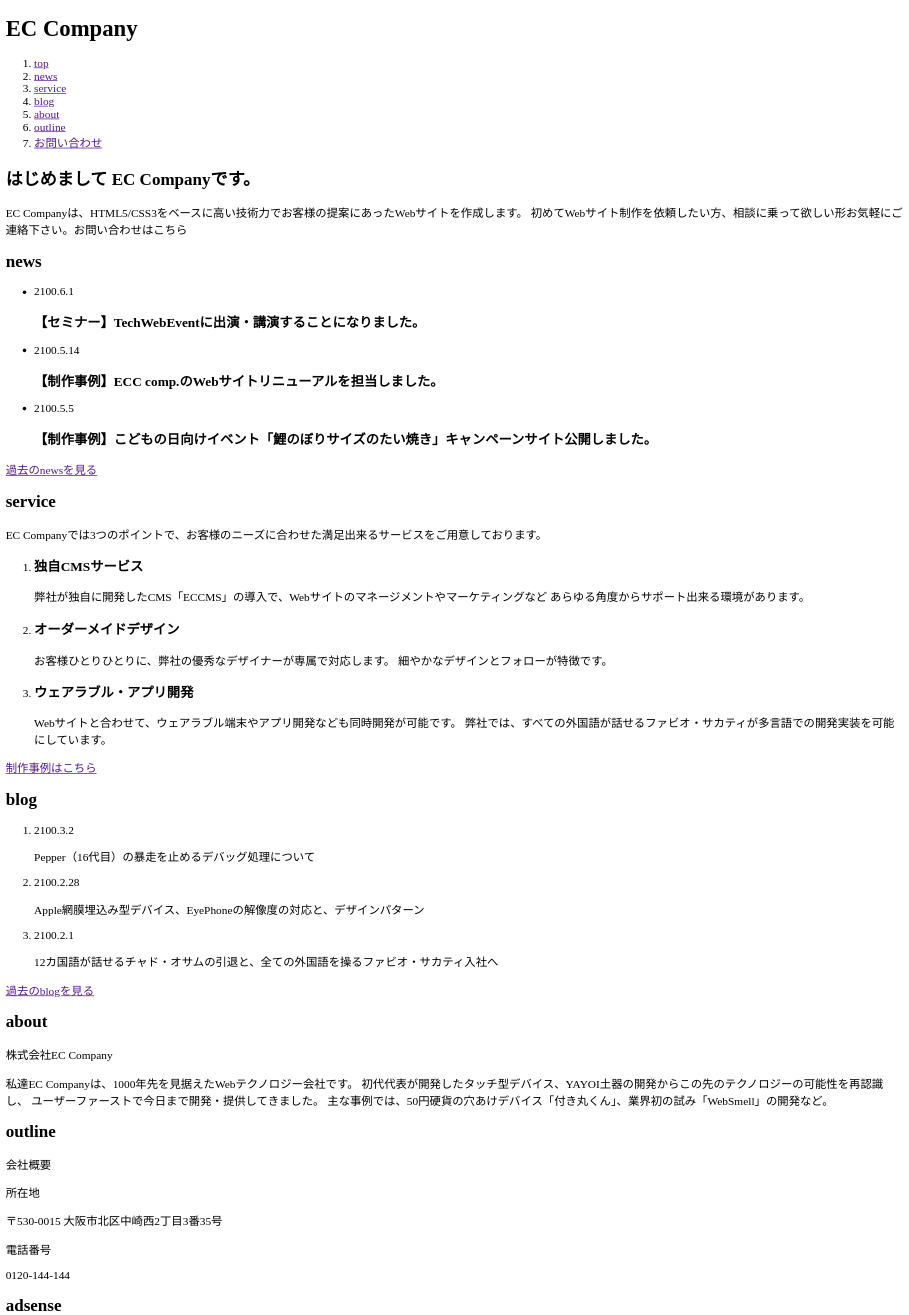
Repository: hsn320/html-practice
Page: html2/work01/work01.html
An editor plug-in stored every save of this project. The page is shown before and after the next save, followed by the edit.
The browser window is 1280 px wide. The pictures show the part of the page from y = 0 to 1852 px (the page is 2473 px tall before and 2498 px after), at 71% of full size.
A picture or video elsewhere on the page could not be fetched, so the positions and the page height are approximate.

Above is the page before, as saved 2025-10-01 23:16:53.

### html2/work01/work01.html
<!DOCTYPE html>
<html lang="en">
<head>
    <meta charset="UTF-8">
    <meta name="viewport" content="width=device-width, initial-scale=1.0">
    <title>EC Company</title>
</head>
<body>
    <header>
        <h1>EC Company</h1>
        <nav>
            <ol>
                <li><a href="">top</a></li>
                <li><a href="">news</a></li>
                <li><a href="">service</a></li>
                <li><a href="">blog</a></li>
                <li><a href="">about</a></li>
                <li><a href="">outline</a></li>
                <li><a href="">お問い合わせ</a></li>
            </ol>
        </nav>
    </header>
    <main>
    <section>
        <h2>はじめまして EC Companyです。</h2>
        <p>
            EC Companyは、HTML5/CSS3をベースに高い技術力でお客様の提案にあったWebサイトを作成します。
            初めてWebサイト制作を依頼したい方、相談に乗って欲しい形お気軽にご連絡下さい。お問い合わせはこちら
        </p>
    </section>
    <section>
        <h2>news</h2>
        <ul>
            <li>
                <article>
                    <time datetime="2100-6-1">2100.6.1</time>
                    <h3>【セミナー】TechWebEventに出演・講演することになりました。</h3>
                </article>
            </li>
            <li>
                <article>
                    <time datetime="2100-5-14">2100.5.14</time>
                    <h3>【制作事例】ECC comp.のWebサイトリニューアルを担当しました。</h3>
                </article>
            </li>
            <li>
                <article>
                    <time datetime="2100-5-5">2100.5.5</time>
                    <h3>【制作事例】こどもの日向けイベント「鯉のぼりサイズのたい焼き」キャンペーンサイト公開しました。</h3>
                </article>
            </li>
        </ul>
        <a href="">過去のnewsを見る</a>
    </section>
    <section>
        <h2>service</h2>
        <p>EC Companyでは3つのポイントで、お客様のニーズに合わせた満足出来るサービスをご用意しております。</p>
        <ol>
            <li>
                <article>
                    <h3>独自CMSサービス</h3>
                    <p>弊社が独自に開発したCMS「ECCMS」の導入で、Webサイトのマネージメントやマーケティングなど あらゆる角度からサポート出来る環境があります。</p>
                </article>
            </li>
            <li>
                <article>
                    <h3>オーダーメイドデザイン</h3>
                    <p>お客様ひとりひとりに、弊社の優秀なデザイナーが専属で対応します。 細やかなデザインとフォローが特徴です。</p>
                </article>
            </li>
            <li>
                <article>
                    <h3>ウェアラブル・アプリ開発</h3>
                    <p>Webサイトと合わせて、ウェアラブル端末やアプリ開発なども同時開発が可能です。
                        弊社では、すべての外国語が話せるファビオ・サカティが多言語での開発実装を可能にしています。</p>
                </article>
            </li>
        </ol>
        <a href="">制作事例はこちら</a>
    </section>


    <section>
        <h2>blog</h2>
        <ol>
            <li>
                <article>
                    <time datetime="2100-3-2">2100.3.2</time>
                    <p>Pepper（16代目）の暴走を止めるデバッグ処理について</p>
                </article>
            </li>
            <li>
                <article>
                    <time datetime="2100-2-28">2100.2.28</time>
                    <p>Apple網膜埋込み型デバイス、EyePhoneの解像度の対応と、デザインパターン</p>
                </article>
            </li>
            <li>
                <article>
                    <time datetime="2100-2-1">2100.2.1</time>
                    <p>12カ国語が話せるチャド・オサムの引退と、全ての外国語を操るファビオ・サカティ入社へ</p>
                </article>
            </li>
        </ol>
        <a href="">過去のblogを見る</a>
    </section>
    <section>
        <h2>about</h2>
        <p>株式会社EC Company</p>
        <p>私達EC Companyは、1000年先を見据えたWebテクノロジー会社です。 初代代表が開発したタッチ型デバイス、YAYOI土器の開発からこの先のテクノロジーの可能性を再認識し、 ユーザーファーストで今日まで開発・提供してきました。
            主な事例では、50円硬貨の穴あけデバイス「付き丸くん」、業界初の試み「WebSmell」の開発など。</p>
    </section>
    <section>
        <h2>outline</h2>
        <p>会社概要</p>
        <p>所在地</p>
        <p>〒530-0015 大阪市北区中崎西2丁目3番35号</p>
        <p>電話番号</p>
        <p>0120-144-144</p>
    </section>
    <section>
        <h2>adsense</h2>
        <p><img src="01_ad_img.jpg" alt="広告画像"></p>
    </section>
    <section>
        <h2>EC Company</h2>
        <p>top</p>
        <p>news</p>
        <p>service</p>
        <p>blog</p>
        <p>about</p>
        <p>outline</p>
    </section>
    </main>
    <footer>
        copyright  comp ecccomp.Inc
    </footer>
</body>
</html>

After the next save:
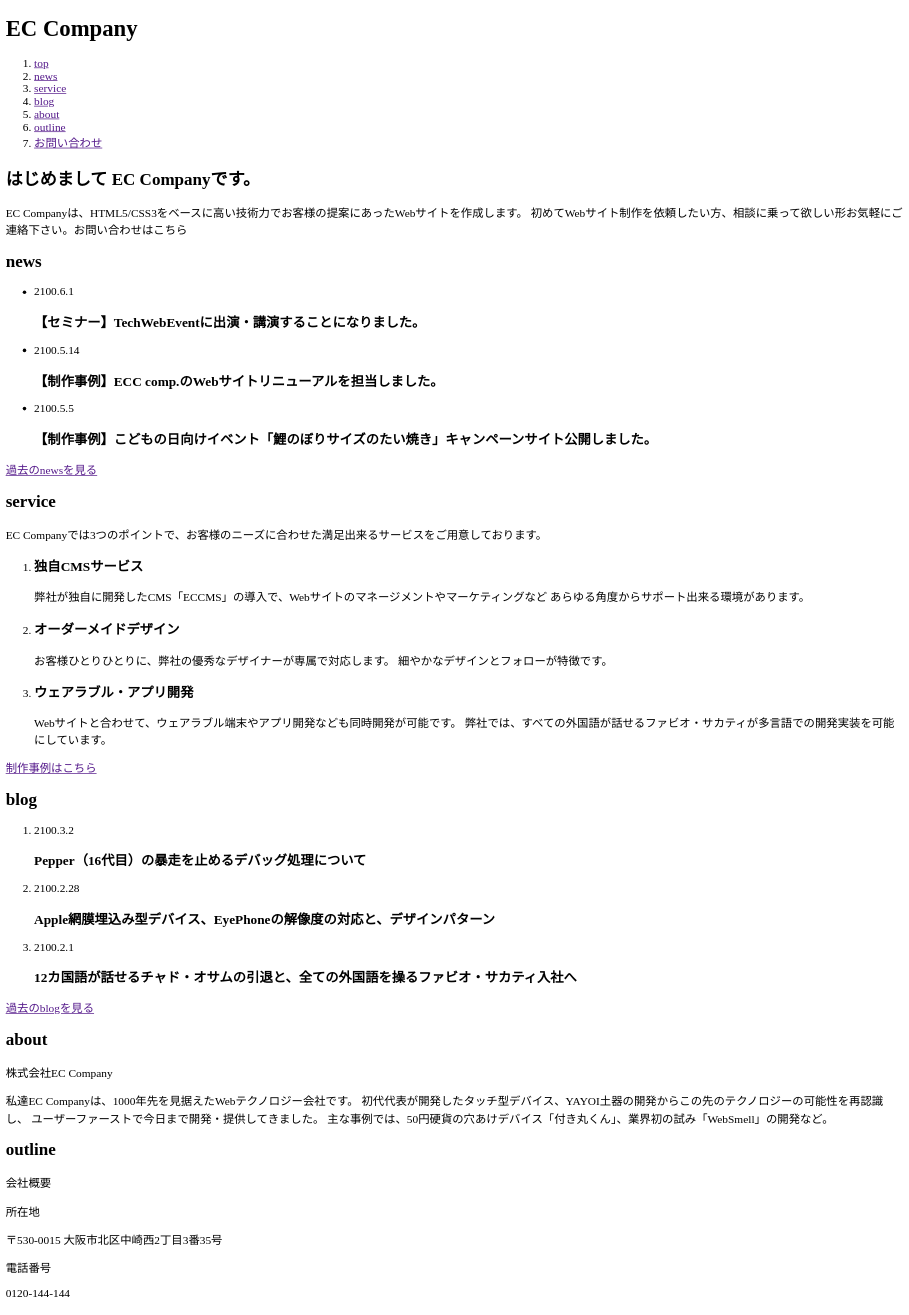
Saved 62 s later.
--- a/html2/work01/work01.html
+++ b/html2/work01/work01.html
@@ -86,19 +86,19 @@
             <li>
                 <article>
                     <time datetime="2100-3-2">2100.3.2</time>
-                    <p>Pepper（16代目）の暴走を止めるデバッグ処理について</p>
+                    <h3>Pepper（16代目）の暴走を止めるデバッグ処理について</h3>
                 </article>
             </li>
             <li>
                 <article>
                     <time datetime="2100-2-28">2100.2.28</time>
-                    <p>Apple網膜埋込み型デバイス、EyePhoneの解像度の対応と、デザインパターン</p>
+                    <h3>Apple網膜埋込み型デバイス、EyePhoneの解像度の対応と、デザインパターン</h3>
                 </article>
             </li>
             <li>
                 <article>
                     <time datetime="2100-2-1">2100.2.1</time>
-                    <p>12カ国語が話せるチャド・オサムの引退と、全ての外国語を操るファビオ・サカティ入社へ</p>
+                    <h3>12カ国語が話せるチャド・オサムの引退と、全ての外国語を操るファビオ・サカティ入社へ</h3>
                 </article>
             </li>
         </ol>
